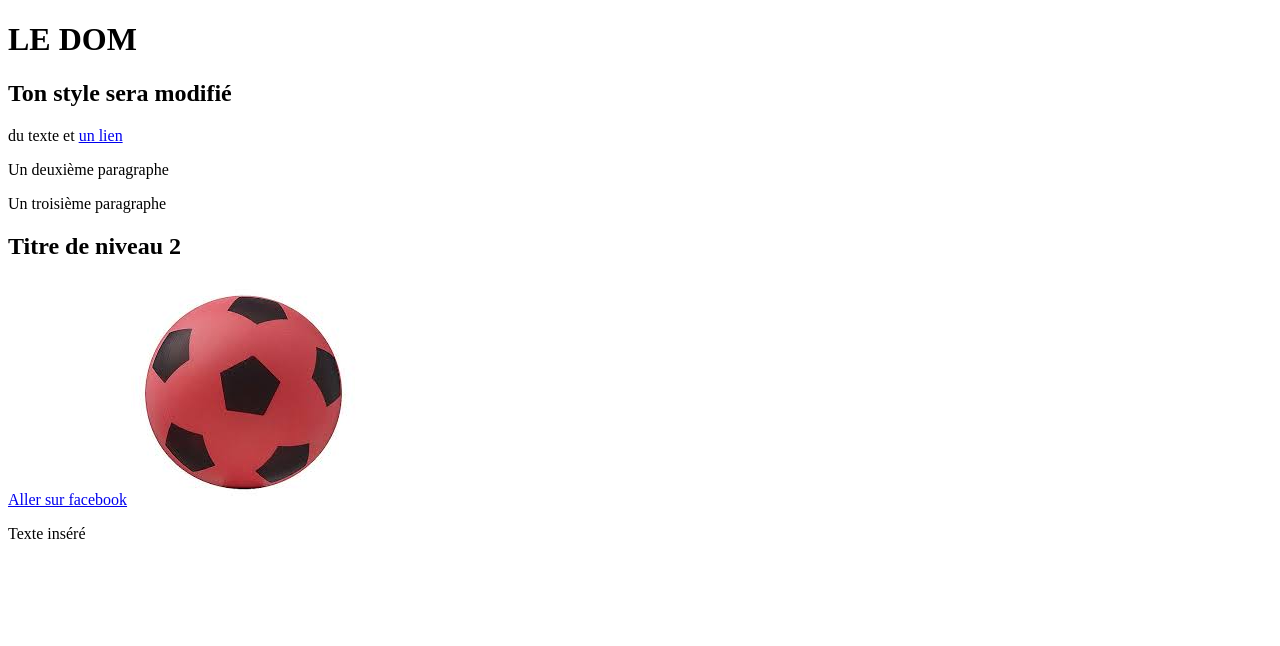
Repository: serviceshuios/Git-Aix-Web
Page: avance-html-css-js/WebContent/index.html
The author's editor kept a copy of each file at every save. The page is drawn from the files as they stood at one save, then again after the next save.
The browser window is 1280 px wide. The pictures show the whole page.

Above is the page before, as saved 2018-10-24 13:28:18.

After the next save:
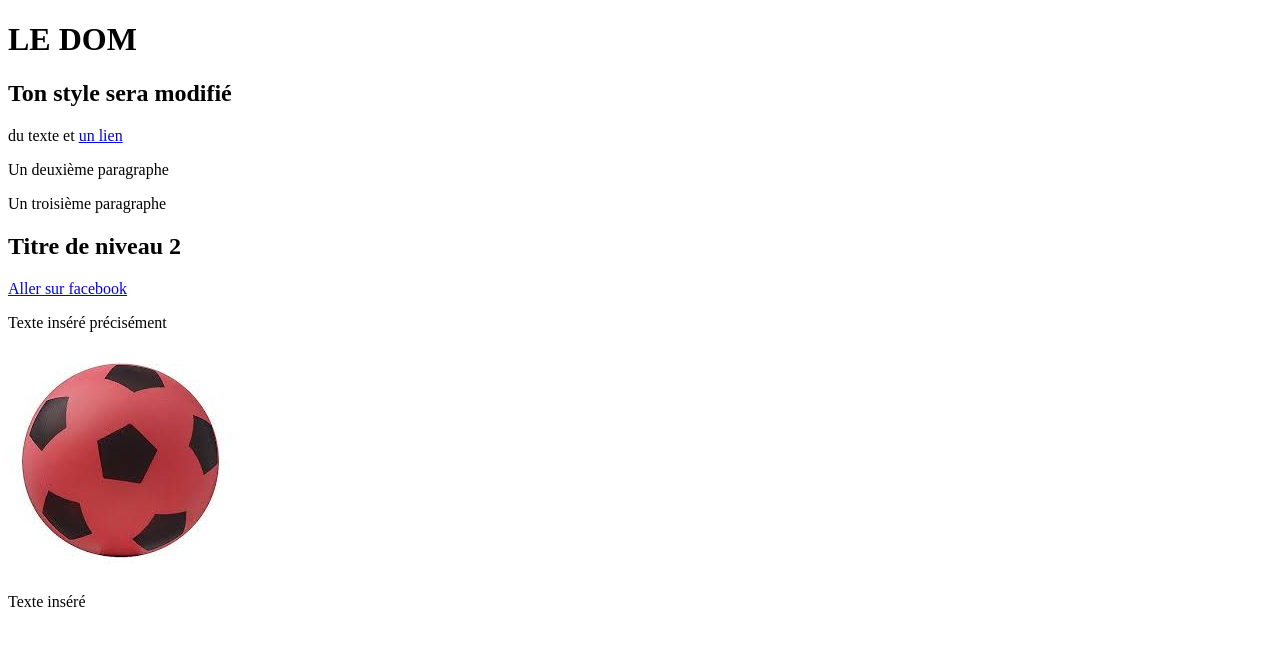
Saved 44 s later.
--- a/avance-html-css-js/WebContent/js/ajout.js
+++ b/avance-html-css-js/WebContent/js/ajout.js
@@ -21,3 +21,4 @@ nouveauPara2.appendChild(texte2);
 //on récupère la position de l'élément à insérer avant
 var ballon = document.querySelector("img");
 //on insère avant cet élement
+document.body.insertBefore(nouveauPara2,ballon);
